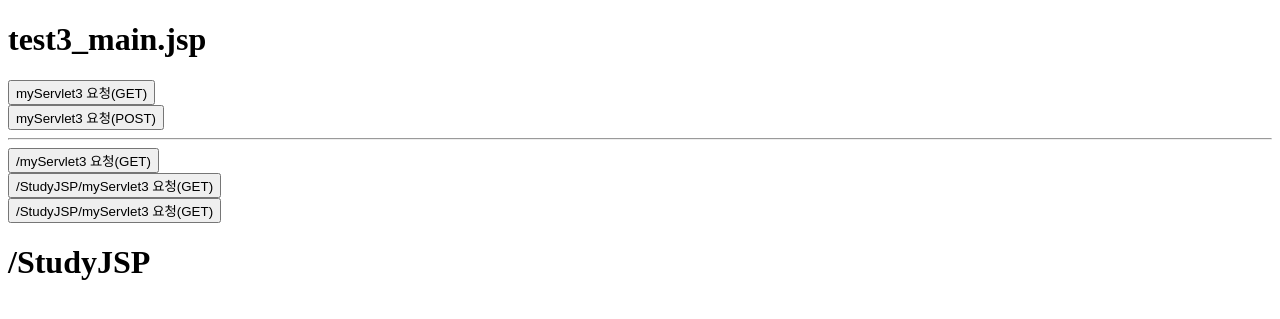
Repository: junesse-afk/ITJSP
Page: http://localhost/StudyJSP/jsp09_servlet/test3_main.jsp
These files come from the project's save history. The page is drawn as it stood at one moment and after the next save; the edit follows.
The browser window is 1280 px wide. The pictures show the whole page.
The page is served by Tomcat 10.

Above is the page before, as saved 2024-11-26 07:25:05.

After the next save:
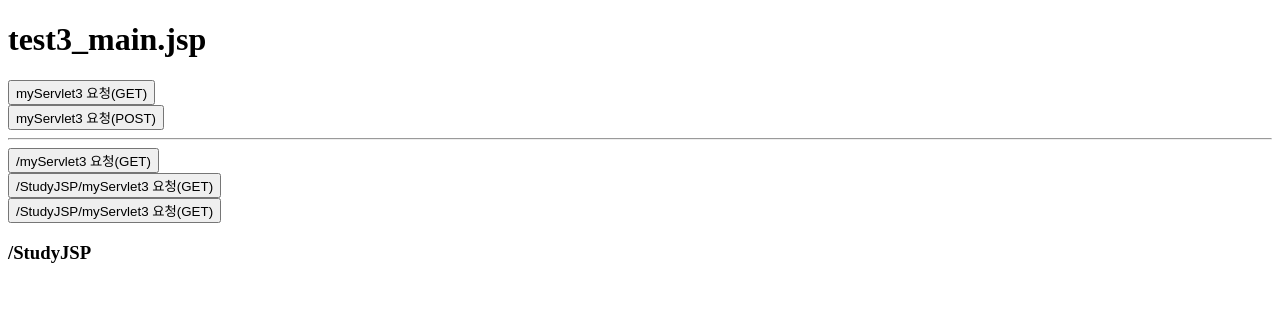
Saved 4 s later.
--- a/workspace_jsp/StudyJSP/src/main/webapp/jsp09_servlet/test3_main.jsp
+++ b/workspace_jsp/StudyJSP/src/main/webapp/jsp09_servlet/test3_main.jsp
@@ -37,7 +37,7 @@
 		<input type="submit" value="/StudyJSP/myServlet3 요청(GET)">
 	</form>
 
-	<h1>${pageContext.request.contextPath}</h1>
+	<h3>${pageContext.request.contextPath}</h3>
 
 
 
